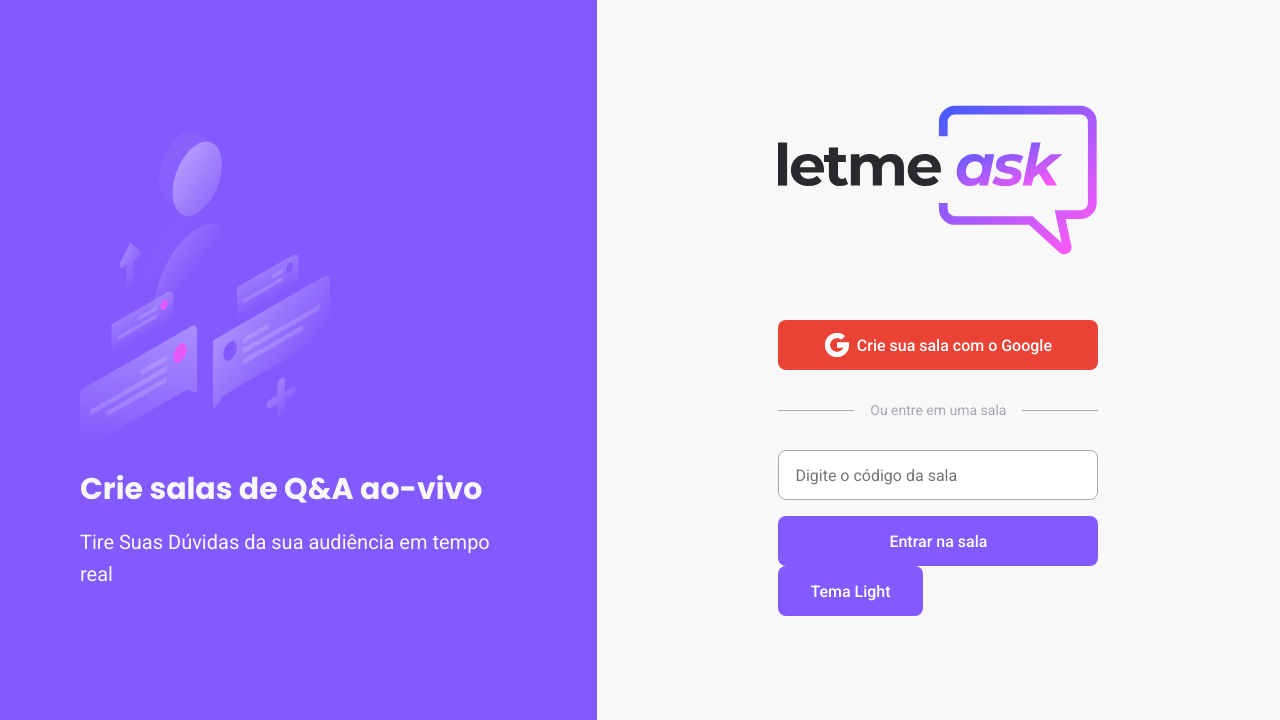
Repository: luisbisp/letmeask
Page: /
These files come from the project's save history. The page is drawn as it stood at one moment and after the next save; the edit follows.
The browser window is 1280 px wide. The pictures show the whole page.
The project was rebuilt for these pictures with package versions that can differ from the ones it lists, and the page was loaded fresh each time. Also part of the build but not shown: src/pages/NewRoom.tsx, src/styles/question.scss, src/components/Question.tsx, src/styles/room-code.scss, src/components/RoomCode.tsx, src/hooks/useRoom.ts, src/styles/room.scss, src/pages/Room.tsx and 1 more.

Above is the page before, as saved 2021-07-05 11:41:21.

### public/index.html
<!DOCTYPE html>
<html lang="en">

<head>
  <meta charset="UTF-8" />
  <meta name="viewport" content="width=device-width, initial-scale=1.0" />

  <link rel="preconnect" href="https://fonts.googleapis.com">
  <link rel="preconnect" href="https://fonts.gstatic.com" crossorigin>
  <link href="https://fonts.googleapis.com/css2?family=Poppins:wght@400;700&family=Roboto:wght@400;500&display=swap"
    rel="stylesheet">

  <title>Letmeask</title>
</head>

<body>
  <noscript></noscript>
  <div id="root"></div>
</body>

</html>

### src/index.tsx
import React from "react";
import ReactDOM from "react-dom";
import App from "./App";

import './services/firebase';
import './styles/global.scss';
ReactDOM.render(
  <React.StrictMode>
    <App />
  </React.StrictMode>,
  document.getElementById("root")
);

### src/App.tsx
import { BrowserRouter, Route, Switch } from "react-router-dom";
import { Home } from "./pages/Home";
import { NewRoom } from "./pages/NewRoom";
import { AuthContextProvider } from './contexts/AuthContext'
import { Room } from "./pages/Room";
import { AdminRoom } from "./pages/AdminRoom";

function App() {
  return (
    <BrowserRouter>
      <AuthContextProvider>
        <Switch>
          <Route path="/" exact component={Home} />
          <Route path="/rooms/new" component={NewRoom} />
          <Route path="/rooms/:id" component={Room} />
          <Route path="/admin/rooms/:id" component={AdminRoom} />
        </Switch>
      </AuthContextProvider>
    </BrowserRouter>
  );
}

export default App;

### src/services/firebase.ts
import firebase from 'firebase/app';
import 'firebase/auth';
import 'firebase/database'
var firebaseConfig = {
  apiKey: process.env.REACT_APP_API_KEY,
  authDomain: process.env.REACT_APP_AUTH_DOMAIN,
  databaseURL: process.env.REACT_APP_DATABASE_URL,
  projectId: process.env.REACT_APP_PROJECT_ID,
  storageBucket: process.env.REACT_APP_STORAGE_BUCKET,
  messagingSenderId: process.env.REACT_APP_MESSAGING_SENDER_ID,
  appId: process.env.REACT_APP_APP_ID
};

firebase.initializeApp(firebaseConfig);

const auth = firebase.auth();
const database = firebase.database();

export { firebase, auth, database }

### src/styles/global.scss
*{
    margin: 0;
    padding: 0;
    box-sizing: border-box;
}

body {
    background: #f8f8f8;
    color: #29292e;
}

body, input, button, textarea {
    font: 400 16px 'roboto', sans-serif;

}

### src/pages/Home.tsx

import { useHistory } from 'react-router-dom';

import illustrationImg from '../assets/images/illustration.svg';
import logoImg from '../assets/images/logo.svg';
import googleIconImg from '../assets/images/google-icon.svg';

import { Button } from '../components/Button'

import '../styles/auth.scss';
import { useAuth } from '../hooks/useAuth';
import { FormEvent, useState } from 'react';
import { database } from '../services/firebase';

import  ThemeChanger  from '../components/ThemeChanger';

export function Home() {
  const history = useHistory();
  const { user, signInWithGoogle } = useAuth();
  const [roomCode, setRoomCode] = useState('');

  async function handleCreateRoom() {
    if (!user) {
      await signInWithGoogle()
    }

    history.push('/rooms/new');
  }

  async function handleJoinRoom(event: FormEvent) {
    event.preventDefault();

    if (roomCode.trim() === ''){
      return;
    }

    const roomRef = await database.ref(`rooms/${roomCode}`).get();

    if (!roomRef.exists()){
      alert('Room does not exists')
      return;
    }

    if (roomRef.val().endedAt){
      alert('Room already closed.');
      return;
    }

    history.push(`/rooms/${roomCode}`);
  }
  return (
    <div id="page-auth">
      <aside>
        <img src={illustrationImg} alt="Ilustração perguntas e respostas" />
        <strong>Crie salas de Q&amp;A ao-vivo</strong>
        <p>Tire Suas Dúvidas da sua audiência em tempo real</p>
      </aside>
      <main>
        <div className="main-content">
          <img src={logoImg} alt="letmeask"></img>
          <button onClick={handleCreateRoom} className="create-room">
            <img src={googleIconImg} alt="Logo do Google" />
            Crie sua sala com o Google
          </button>
          <div className="separator">Ou entre em uma sala</div>
          <form onSubmit={handleJoinRoom}>
            <input
            type="text"
            placeholder="Digite o código da sala"
            onChange={event => setRoomCode(event.target.value)}
            value={roomCode}
            />
            <Button type="submit"> Entrar na sala</Button>
          </form>
          <ThemeChanger/>
        </div>
      </main>
    </div>
  );
}

### src/contexts/AuthContext.tsx
import { createContext, ReactNode, useEffect, useState } from "react";
import { auth, firebase } from "../services/firebase";

type User = {
    id: string;
    name: string;
    avatar: string;
}

type AuthContexType = {
    user: User | undefined;
    signInWithGoogle: () => Promise<void>;
}

type AuthContextProviderProps = {
    children: ReactNode;
}

export const AuthContext = createContext({} as AuthContexType);

export function AuthContextProvider(props: AuthContextProviderProps) {

    const [user, setUser] = useState<User>();

    useEffect(() => {
        const unsubscribe = auth.onAuthStateChanged(user => {
            if (user) {
                const { displayName, photoURL, uid } = user

                if (!displayName || !photoURL) {
                    throw new Error('Missing information from Google Account.')
                }
                setUser({
                    id: uid,
                    name: displayName,
                    avatar: photoURL
                })
            }
        })
        return () => {
            unsubscribe();
        }
    }, [])

    async function signInWithGoogle() {
        const provider = new firebase.auth.GoogleAuthProvider();

        const result = await auth.signInWithPopup(provider);

        if (result.user) {
            const { displayName, photoURL, uid } = result.user

            if (!displayName || !photoURL) {
                throw new Error('Missing information from Google Account.')
            }
            setUser({
                id: uid,
                name: displayName,
                avatar: photoURL
            })
        }

    }

    return (
        <AuthContext.Provider value={{ user, signInWithGoogle }}>
            {props.children}
        </AuthContext.Provider>
    );
}

### src/components/Button.tsx

import { ButtonHTMLAttributes } from "react";
import '../styles/button.scss'

type ButtonProps = ButtonHTMLAttributes<HTMLButtonElement> & {
    isOutlined?: boolean;
};

export function Button( {isOutlined = false, ...props }: ButtonProps) {
    return(
        <button
        className={`button ${isOutlined ? 'outlined' : ''}`}
        {...props}
        />
    )
}

### src/styles/auth.scss
#page-auth{
    display:flex;
    align-items:stretch;
    height: 100vh;


aside{
    flex: 7;
    background: #835afd;
    color: #fff;
    display: flex;
    flex-direction: column;
    justify-content: center;
    padding: 120px 80px;

    img{
        max-width:  250px;
    }
    strong{
        font: 700 30px 'Poppins', sans-serif;
        line-height:42px;
        margin-top: 16px;
        color: #f8f8f8;
    }
    p{
        font-size:20px;
        line-height: 32px;
        margin-top:16px;
        color: #f8f8f8;
    }
}
main{
    flex:8;
    padding: 0 92px;
    display: flex;
    align-items: center;
    justify-content: center;

}

.main-content{
    display: flex;
    flex-direction:column;
    width: 100%;
    max-width: 320px;
    align-items: stretch;
    text-align: center;

    > img {
        align-items: center;
    }

    h2{
        font-size: 24px;
        margin: 64px 0 24px;;
        font-family: 'Poppins', sans-serif;
    }
    form {
        input{
            height:50px;
            border-radius: 8px;
            padding: 0 16px;
            background: #FFF;
            border: 1px solid #a8a8b3;
        }
        button{
            margin-top: 16px;
        }
        button, input {
            width: 100%;
        }
    }
    p{
        font-size:14px;
        color:#737370;
        margin-top:16px;
    }
    a{
        color:#e559f9;
    }
}

}

.create-room{
    margin-top:64px;
    height: 50px;
    border-radius:8px;
    font-weight: 500;
    background: #ea4335;
    color: #fff;
    display:flex;
    justify-content: center;
    align-items: center;
    cursor: pointer;
    border: 0;

    transition: filter 0.2s;
    img {
        margin-right: 8px;
    }

    &:hover{
        filter: brightness(0.9);
    }
}


.separator{
    font-size:14px;
    color:#a8a8b3;
    margin: 32px 0;
    display:flex;
   align-items:center;

   &::before {
    content: '';
    flex: 1;
    height:1px;
    background: #a8a8b3;
    margin-right: 16px;
   }
   &::after{
    content: '';
    flex: 1;
    height:1px;
    background: #a8a8b3;
    margin-left: 16px;
   }
}

.dark-mode{
    background: #121212 !important;
    color: #fff !important;

}

### src/hooks/useAuth.ts
import { useContext } from 'react';
import { AuthContext } from '../contexts/AuthContext';

export function useAuth() {
    const value = useContext(AuthContext);
    return value;
}

### src/components/ThemeChanger.tsx
import React, { useState, useEffect } from 'react'
import { Button } from '../components/Button'


const ThemeChanger = () => {

    const [themeState, setThemeState] = useState(false);

    const handleChange = () => {
      setThemeState(!themeState);
      if (themeState) {
        localStorage.setItem('Theme', 'dark');
        document.body.classList.add('dark-mode');
      } else {
        localStorage.setItem('Theme', 'light');
        document.body.classList.remove('dark-mode');
      }
    }
    useEffect(() => {
      const getTheme = localStorage.getItem('Theme');
      if (getTheme === 'dark') return  document.body.classList.add('dark-mode');
    })
    return (
      <div>
        <Button  onClick={handleChange}>{themeState ? 'Tema Dark' : ' Tema Light'}</Button>
      </div>
    )
  }

  export default ThemeChanger;

### src/styles/button.scss
.button{

    height: 50px;
    border-radius:8px;
    font-weight: 500;
    background: #835afd;
    color: #fff;
    padding: 0 32px;
    display:flex;
    justify-content: center;
    align-items: center;
    cursor: pointer;
    border: 0;

    transition: filter 0.2s;
    img {
        margin-right: 8px;
    }

    &.outlined{
        background: #fff;
        border: 1px solid #835afd;
        color: #835afd;
    }

    &:not(:disabled):hover{
        filter: brightness(0.9);
    }

    &:disabled{
        opacity: 0.6;
        cursor: not-allowed;
    }
}

After the next save:
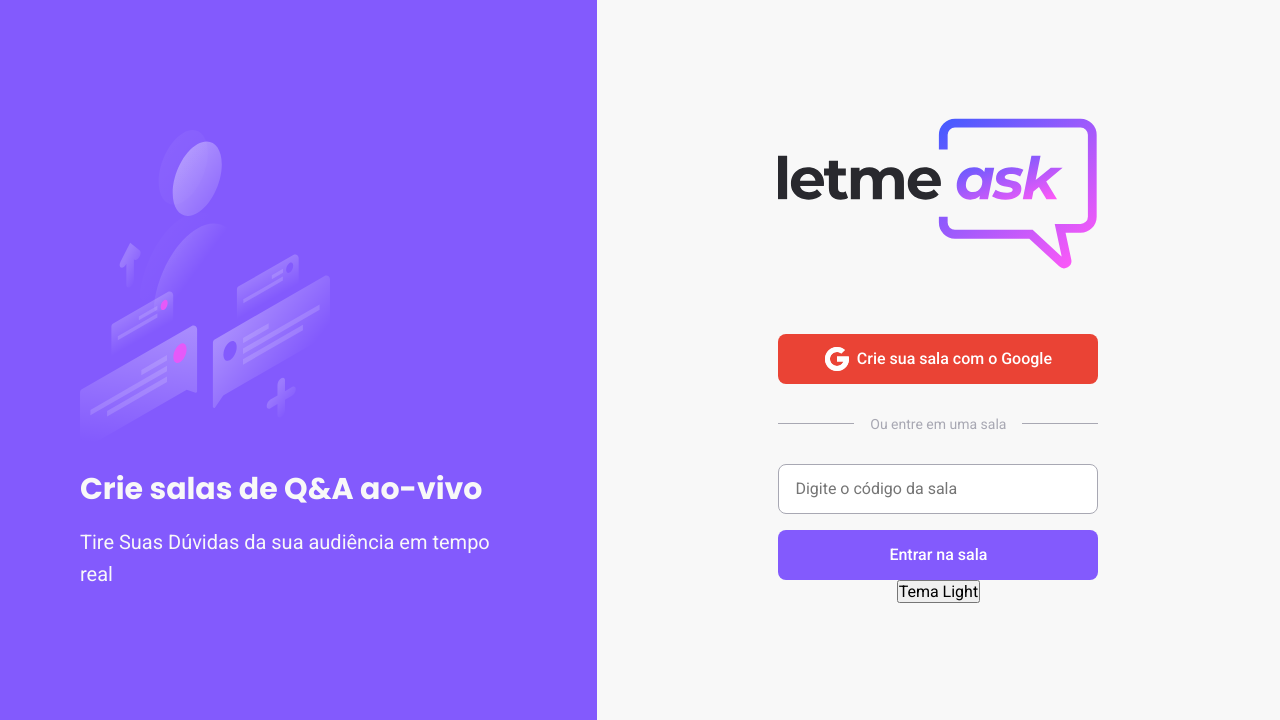
Saved 46 s later.
--- a/src/components/ThemeChanger.tsx
+++ b/src/components/ThemeChanger.tsx
@@ -22,7 +22,7 @@
     })
     return (
       <div>
-        <Button  onClick={handleChange}>{themeState ? 'Tema Dark' : ' Tema Light'}</Button>
+        <button  onClick={handleChange}>{themeState ? 'Tema Dark' : ' Tema Light'}</button>
       </div>
     )
   }

After the save that followed:
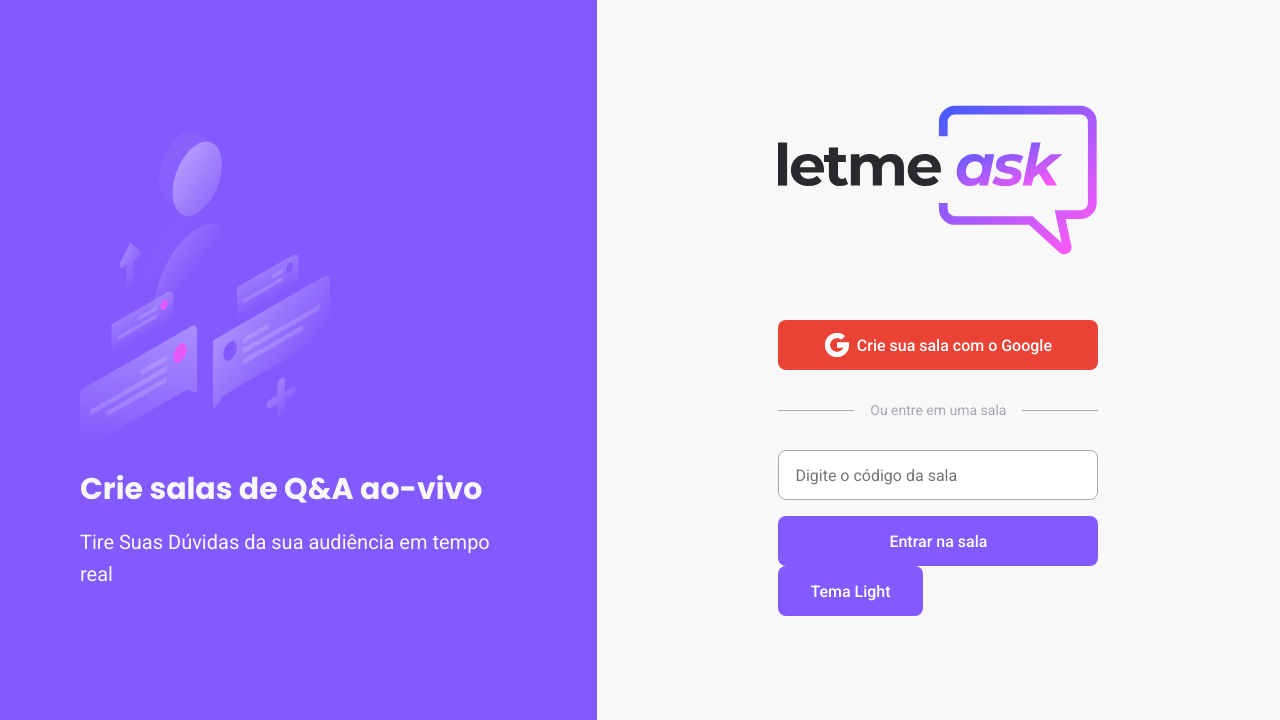
Saved 29 s later.
--- a/src/components/ThemeChanger.tsx
+++ b/src/components/ThemeChanger.tsx
@@ -22,7 +22,7 @@
     })
     return (
       <div>
-        <button  onClick={handleChange}>{themeState ? 'Tema Dark' : ' Tema Light'}</button>
+        <Button  onClick={handleChange}>{themeState ? 'Tema Dark' : ' Tema Light'}</Button>
       </div>
     )
   }
